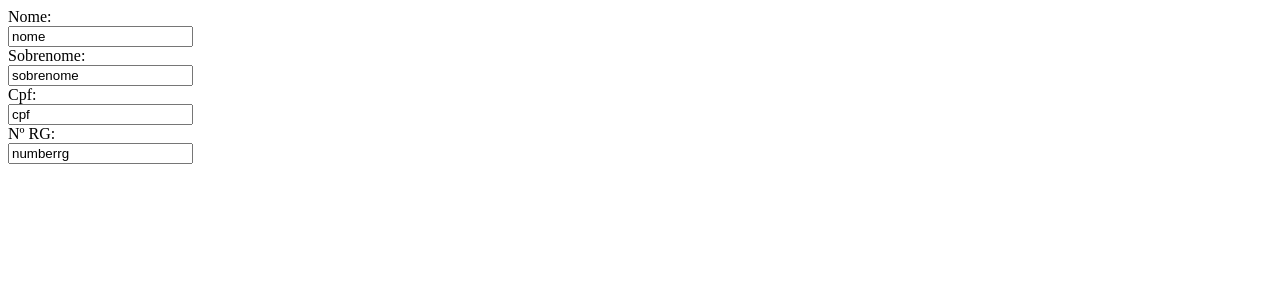
Repository: samaelsimoes/ong-cepe
Page: ong-cepe/WebContent/privado/formulario/pesfisica.html
An editor plug-in stored every save of this project. The page is shown before and after the next save, followed by the edit.
The browser window is 1280 px wide. The pictures show the whole page.

Above is the page before, as saved 2017-08-13 18:59:58.

After the next save:
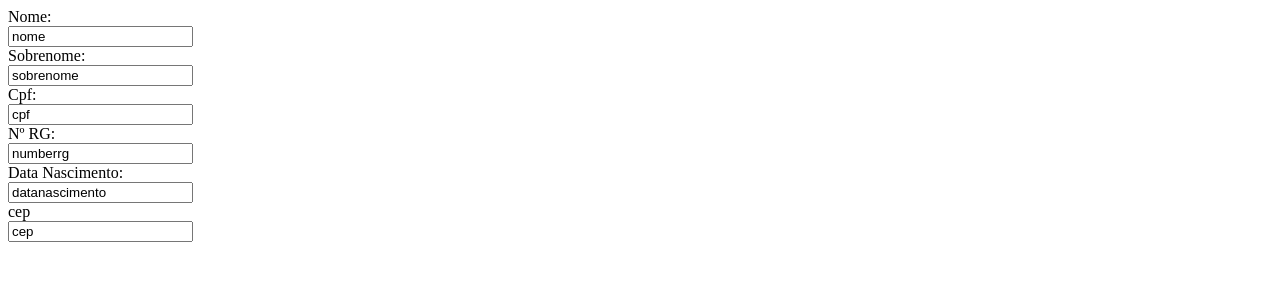
Saved 110 s later.
--- a/ong-cepe/WebContent/privado/formulario/pesfisica.html
+++ b/ong-cepe/WebContent/privado/formulario/pesfisica.html
@@ -36,3 +36,22 @@
         </div>
     </div>
 </div>
+
+ <div class="form-group row">
+    <div class="col-xs-6 col-md-5">
+        <label for="example-text-input" class="col-2 col-form-label">Data Nascimento:</label>
+
+       <div class="col-10">
+            <input class="form-control" type="text" value="datanascimento" id="datanascimento" placeholder="cpf">
+        </div>
+    </div>
+    <div class="col-xs-6 col-md-5 coll-md-offset-2">
+
+        <label for="example-text-input" class="col-2 col-form-label">cep</label>
+
+        <div class="col-10">
+
+            <input class="form-control" type="text" value="cep" id="cep" placeholder="rg">
+        </div>
+    </div>
+</div>
